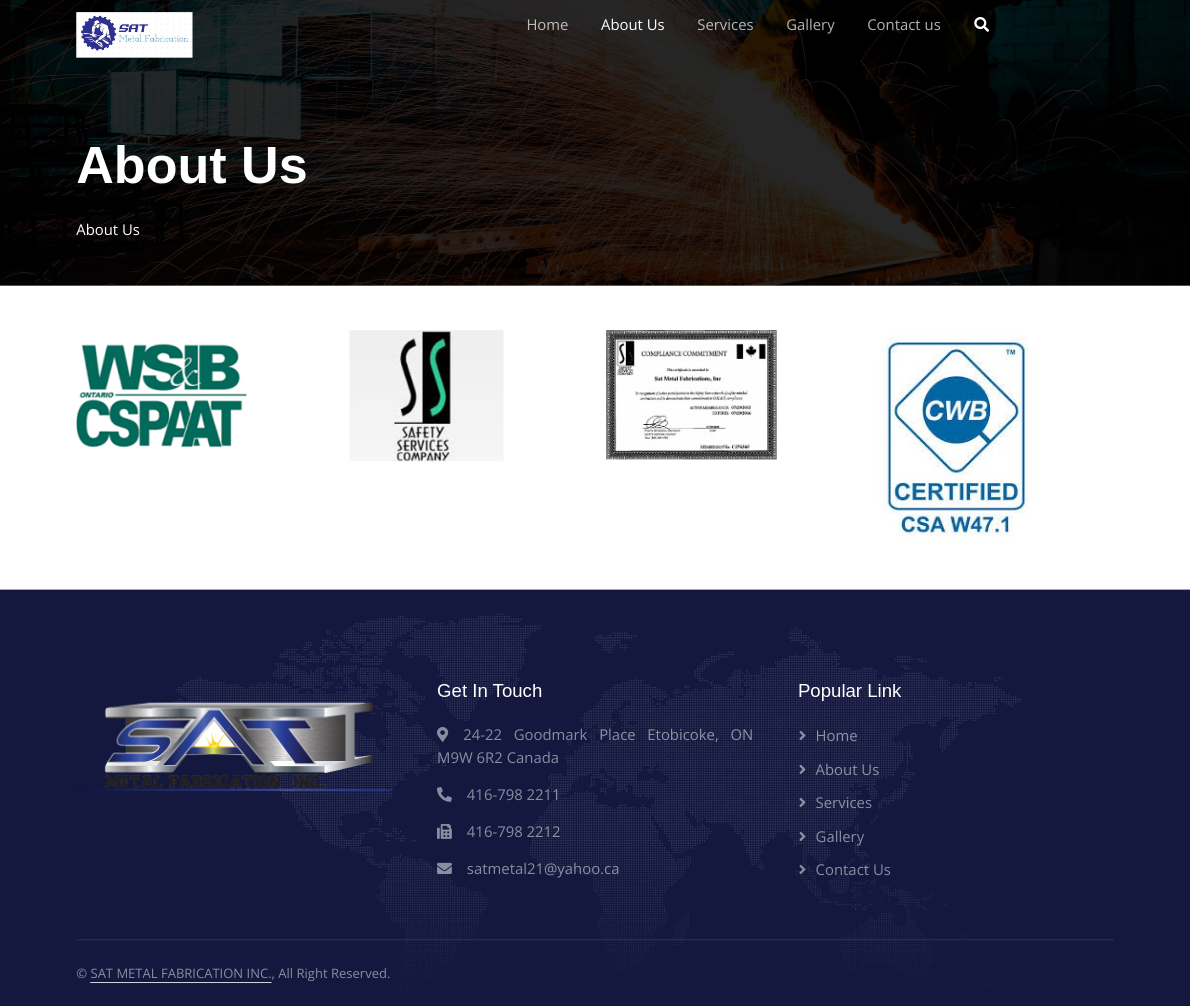
Repository: dzyte-services/satmetal
Page: http://localhost/about.php
These files come from the project's save history. The page is drawn as it stood at one moment and after a run of saves; the edit follows.
The browser window is 1280 px wide. The pictures show the whole page, at 93% of full size.
Some web fonts or font styles are not loaded; a fallback is used. Some web libraries are served in a nearby version. The page is run by PHP 8.4 with error messages shown; the project is at /var/www/html/.

Above is the page before, as saved 2023-11-07 17:00:44.

### about.php
<!DOCTYPE html>
<html lang="en">

<head>
    <meta charset="utf-8">
    <title>SAT - About</title>
    <meta content="width=device-width, initial-scale=1.0" name="viewport">
    <meta content="" name="keywords">
    <meta content="" name="description">

    <!-- Favicon -->
    <link href="img/favicon.ico" rel="icon">

    <!-- Google Web Fonts -->
    <link rel="preconnect" href="https://fonts.googleapis.com">
    <link rel="preconnect" href="https://fonts.gstatic.com" crossorigin>
    <link href="https://fonts.googleapis.com/css2?family=Open+Sans:wght@400;600&family=Ubuntu:wght@500;700&display=swap"
        rel="stylesheet">

    <!-- Icon Font Stylesheet -->
    <link href="https://cdnjs.cloudflare.com/ajax/libs/font-awesome/5.10.0/css/all.min.css" rel="stylesheet">
    <link href="https://cdn.jsdelivr.net/npm/bootstrap-icons@1.4.1/font/bootstrap-icons.css" rel="stylesheet">

    <!-- Libraries Stylesheet -->
    <link href="lib/animate/animate.min.css" rel="stylesheet">
    <link href="lib/owlcarousel/assets/owl.carousel.min.css" rel="stylesheet">

    <!-- Customized Bootstrap Stylesheet -->
    <link href="css/bootstrap.min.css" rel="stylesheet">

    <!-- Template Stylesheet -->
    <link href="css/style.css" rel="stylesheet">
</head>

<body>
    <!-- Spinner Start -->
    <!-- <div id="spinner"
        class="show bg-white position-fixed translate-middle w-100 vh-100 top-50 start-50 d-flex align-items-center justify-content-center">
        <div class="spinner-grow text-primary" style="width: 3rem; height: 3rem;" role="status">
            <span class="sr-only">Loading...</span>
        </div>
    </div> -->
    <!-- Spinner End -->


    <!-- Navbar Start -->
    <?php
        include "header.php";
    ?>
    <!-- Navbar End -->





    <!-- Full Screen Search Start -->
    <div class="modal fade" id="searchModal" tabindex="-1">
        <div class="modal-dialog modal-fullscreen">
            <div class="modal-content" style="background: rgba(20, 24, 62, 0.7);">
                <div class="modal-header border-0">
                    <button type="button" class="btn btn-square bg-white btn-close" data-bs-dismiss="modal"
                        aria-label="Close"></button>
                </div>
                <div class="modal-body d-flex align-items-center justify-content-center">
                    <div class="input-group" style="max-width: 600px;">
                        <input type="text" class="form-control bg-transparent border-light p-3"
                            placeholder="Type search keyword">
                        <button class="btn btn-light px-4"><i class="bi bi-search"></i></button>
                    </div>
                </div>
            </div>
        </div>
    </div>
    <!-- Full Screen Search End -->


    <!-- About Start -->
    <!-- Modal gallery -->
    <!-- Section: Images -->
    <div class="container-fluid py-5">
        <div class="container">
            <div class="row d-flex justify-content-center">
                <!-- Left Image -->
                <div class="col-lg-3 mb-4 mb-lg-0">
                    <div class="bg-image hover-overlay ripple shadow-1-strong rounded" data-ripple-color="light">
                        <img src="img/img2.png" class="" style='width:70%;' /> <!-- Adjust width to your needs -->
                        <a href="#!" data-mdb-toggle="modal" data-mdb-target="#exampleModal2">
                            <div class="mask" style="background-color: rgba(251, 251, 251, 0.2);"></div>
                        </a>
                    </div>
                </div>

                <!-- Right Image -->
                <div class="col-lg-3 mb-4 mb-lg-0">
                    <div class="bg-image hover-overlay ripple shadow-1-strong rounded" data-ripple-color="light">
                        <img src="img/img3.png" class="" style='width:70%;' /> <!-- Adjust width to your needs -->
                        <a href="#!" data-mdb-toggle="modal" data-mdb-target="#exampleModal2">
                            <div class="mask" style="background-color: rgba(251, 251, 251, 0.2);"></div>
                        </a>
                    </div>
                </div>

                <div class="col-lg-3 mb-4 mb-lg-0">
                    <div class="bg-image hover-overlay ripple shadow-1-strong rounded" data-ripple-color="light">
                        <img src="img/img1.png" class="" style='width:70%;' /> <!-- Adjust width to your needs -->
                        <a href="#!" data-mdb-toggle="modal" data-mdb-target="#exampleModal2">
                            <div class="mask" style="background-color: rgba(251, 251, 251, 0.2);"></div>
                        </a>
                    </div>
                </div>
                <div class="col-lg-3 mb-4 mb-lg-0">
                    <div class="bg-image hover-overlay ripple shadow-1-strong rounded" data-ripple-color="light">
                        <img src="img/img4.jpeg" class="" style='width:70%;' /> <!-- Adjust width to your needs -->
                        <a href="#!" data-mdb-toggle="modal" data-mdb-target="#exampleModal2">
                            <div class="mask" style="background-color: rgba(251, 251, 251, 0.2);"></div>
                        </a>
                    </div>
                </div>
            </div>

        </div>
    </div>


    <!-- Footer Start -->
    <?php
        include "footer.php";
    ?>
    <!-- Footer End -->


    <!-- Back to Top -->
    <a href="#" class="btn btn-lg btn-primary btn-lg-square back-to-top pt-2"><i class="bi bi-arrow-up"></i></a>


    <!-- JavaScript Libraries -->
    <script src="https://ajax.googleapis.com/ajax/libs/jquery/3.6.1/jquery.min.js"></script>
    <script src="https://cdn.jsdelivr.net/npm/bootstrap@5.0.0/dist/js/bootstrap.bundle.min.js"></script>
    <script src="lib/wow/wow.min.js"></script>
    <script src="lib/easing/easing.min.js"></script>
    <script src="lib/waypoints/waypoints.min.js"></script>
    <script src="lib/counterup/counterup.min.js"></script>
    <script src="lib/owlcarousel/owl.carousel.min.js"></script>

    <!-- Template Javascript -->
    <script src="js/main.js"></script>
</body>

</html>

### header.php
    <?php
        $currentPage1 = basename($_SERVER['PHP_SELF']);
    ?>
    <!-- Spinner Start -->
    <div id="spinner"
        class="show bg-white position-fixed translate-middle w-100 vh-100 top-50 start-50 d-flex align-items-center justify-content-center">
        <div class="spinner-grow text-primary" style="width: 3rem; height: 3rem;" role="status">
            <span class="sr-only">Loading...</span>
        </div>
    </div>
    <!-- Spinner End -->


    <!-- Navbar Start -->
    <div class="container-fluid sticky-top">
        <div class="container">
            <nav class="navbar navbar-expand-lg navbar-dark p-0">
                <div class="row">
                    <div class="col-lg-4">
                        <a href="index.php" class="navbar-brand">
                            <img class="img-fluid" width="40%" height="40%" src="img/logo1.jpeg" alt="">
                        </a>
                        <button type="button" class="navbar-toggler ms-auto me-0" data-bs-toggle="collapse"
                            data-bs-target="#navbarCollapse">
                            <span class="navbar-toggler-icon"></span>
                        </button>
                    </div>
                    <div class="col-lg-8 ">
                    <div class="collapse navbar-collapse" id="navbarCollapse">
                    <div class="navbar-nav ms-auto">
                        <a href="index.php" class="nav-item nav-link  <?php echo ($currentPage1 === 'index.php') ? 'active' : ''; ?>">Home</a>
                        <a href="about.php" class="nav-item nav-link <?php echo ($currentPage1 === 'about.php') ? 'active' : ''; ?>">About Us</a>
                        <a href="service.php" class="nav-item nav-link <?php echo ($currentPage1 === 'service.php') ? 'active' : ''; ?>">Services</a>
                        <a href="project.php" class="nav-item nav-link <?php echo ($currentPage1 === 'project.php') ? 'active' : ''; ?>">Gallery</a>

                        <a href="contact.php" class="nav-item nav-link <?php echo ($currentPage1 === 'contact.php') ? 'active' : ''; ?>">Contact us</a>
                    </div>
                    <butaton type="button" class="btn text-white p-0 d-none d-lg-block" data-bs-toggle="modal"
                        data-bs-target="#searchModal"><i class="fa fa-search"></i></butaton>
                </div>
                    </div>
                </div>


            </nav>
        </div>
    </div>
    <!-- Navbar End -->

    <div>
          <?php
                $currentPage = $_SERVER['SCRIPT_NAME'];
                $current_page = basename($currentPage);

                if ($current_page === "index.php") {
                    include("header/home.php");
                } elseif ($current_page === "about.php") {
                    include("header/about.php");
                } elseif ($current_page === "service.php") {
                    include("header/service.php");
                } elseif ($current_page === "project.php") {
                    include("header/gallery.php");
                } elseif ($current_page === "contact.php") {
                    include("header/contact.php");
                }



            ?>
    </div>

### header/about.php
<!-- Hero Start -->
<div class="container-fluid pt-5 bg-primary hero-header">
        <div class="container pt-5">
            <div class="row g-5 pt-5">
                <div class="col-lg-6 align-self-center text-center text-lg-start mb-lg-5">
                    <h1 class="display-4 text-white mb-4 animated slideInRight">About Us</h1>
                    <nav aria-label="breadcrumb">
                        <ol class="breadcrumb justify-content-center justify-content-lg-start mb-0">
                            <!-- <li class="breadcrumb-item"><a class="text-white" href="#">Home</a></li> -->
                            <!-- <li class="breadcrumb-item"><a class="text-white" href="#">Pages</a></li> -->
                            <li class="breadcrumb-item text-white active" aria-current="page">About Us</li>
                        </ol>
                    </nav>
                </div>
            </div>
        </div>
    </div>
    <!-- Hero End -->

### css/style.css
/********** Template CSS **********/
:root {
    --primary: #1363C6;
    --secondary: #15ACE1;
    --light: #F4F7FE;
    --dark: #14183E;
}


/*** Spinner ***/
#spinner {
    opacity: 0;
    visibility: hidden;
    transition: opacity .5s ease-out, visibility 0s linear .5s;
    z-index: 99999;
}

#spinner.show {
    transition: opacity .5s ease-out, visibility 0s linear 0s;
    visibility: visible;
    opacity: 1;
}

.back-to-top {
    position: fixed;
    display: none;
    right: 45px;
    bottom: 45px;
    z-index: 99;
}


/*** Heading ***/
h1,
h2,
h3,
.fw-bold {
    font-weight: 700 !important;
}

h4,
h5,
h6,
.fw-medium {
    font-weight: 500 !important;
}


/*** Button ***/
.btn {
    font-weight: 500;
    transition: .5s;
}

.btn-square {
    width: 38px;
    height: 38px;
}

.btn-sm-square {
    width: 32px;
    height: 32px;
}

.btn-lg-square {
    width: 48px;
    height: 48px;
}

.btn-square,
.btn-sm-square,
.btn-lg-square {
    padding: 0;
    display: flex;
    align-items: center;
    justify-content: center;
    font-weight: normal;
    border-radius: 50px;
}


/*** Navbar ***/
.sticky-top {
    top: -150px;
    transition: .5s;
}

.navbar {
    padding: 11px 0 !important;
    height: 75px;
}

.navbar .navbar-nav .nav-link {
    margin-right: 35px;
    padding: 0;
    color: rgba(255, 255, 255, .7);
    outline: none;
}

.navbar .navbar-nav .nav-link:hover,
.navbar .navbar-nav .nav-link.active {
    color: rgba(255, 255, 255, 1);
}

.navbar .dropdown-toggle::after {
    border: none;
    content: "\f107";
    font-family: "Font Awesome 5 Free";
    font-weight: 900;
    vertical-align: middle;
    margin-left: 8px;
}

@media (max-width: 991.98px) {
    .navbar .navbar-nav {
        padding: 0 15px;
        background: var(--primary);
    }

    .navbar .navbar-nav .nav-link  {
        margin-right: 0;
        padding: 10px 0;
    }
}

@media (min-width: 992px) {
    .navbar .nav-item .dropdown-menu {
        display: block;
        border: none;
        margin-top: 0;
        top: 150%;
        opacity: 0;
        visibility: hidden;
        transition: .5s;
    }

    .navbar .nav-item:hover .dropdown-menu {
        top: 100%;
        visibility: visible;
        transition: .5s;
        opacity: 1;
    }
}


/*** Hero Header ***/
.hero-header {
    margin-top: -75px;
    background: url(../img/bg-hero1.jpg) center center no-repeat;
    background-size: cover;

}

.hero-header .breadcrumb-item+.breadcrumb-item::before {
    color: var(--light);
}


/*** Section Title ***/
.section-title::before {
    position: absolute;
    content: "";
    width: 45px;
    height: 4px;
    bottom: 0;
    left: 0;
    background: var(--dark);
}

.section-title::after {
    position: absolute;
    content: "";
    width: 4px;
    height: 4px;
    bottom: 0;
    left: 50px;
    background: var(--dark);
}

.section-title.text-center::before {
    left: 50%;
    margin-left: -25px;
}

.section-title.text-center::after {
    left: 50%;
    margin-left: 25px;
}

.section-title h6::before,
.section-title h6::after {
    position: absolute;
    content: "";
    width: 10px;
    height: 10px;
    top: 2px;
    left: 0;
    background: rgba(33, 66, 177, .5);
}

.section-title h6::after {
    top: 5px;
    left: 3px;
}


/*** About ***/
.about-img {
    position: relative;
    overflow: hidden;
}

.about-img::after {
    position: absolute;
    content: "";
    width: 100%;
    height: 100%;
    top: 0;
    left: 0;
    background: url(../img/bg-about-img.png) top left no-repeat;
    background-size: contain;
}


/*** Service ***/
.service-item {
    position: relative;
    padding: 45px 30px;
    background: #FFFFFF;
    transition: .5s;
}

.service-item:hover {
    background: var(--primary);
}

.service-item .service-icon {
    margin: 0 auto 20px auto;
    width: 90px;
    height: 90px;
    color: var(--primary);
    background: var(--light);
    transition: .5s;
}

.service-item:hover .service-icon {
    background: #FFFFFF;
}

.service-item h5,
.service-item p {
    transition: .5s;
}

.service-item:hover h5,
.service-item:hover p {
    color: #FFFFFF;
}

.service-item a.btn {
    position: relative;
    display: flex;
    color: var(--primary);
    transition: .5s;
    z-index: 1;
}

.service-item:hover a.btn {
    color: var(--primary);
}

.service-item a.btn::before {
    position: absolute;
    content: "";
    width: 35px;
    height: 35px;
    top: 0;
    left: 0;
    border-radius: 35px;
    background: var(--light);
    transition: .5s;
    z-index: -1;
}

.service-item:hover a.btn::before {
    width: 100%;
    background: var(--light);
}


/*** Feature ***/
.feature {
    background: url(../img/bg-hero.png) center center no-repeat;
    background-size: cover;
}


/*** Newsletter ***/
.newsletter {
    background: url(../img/bg-hero.png) center center no-repeat;
    background-size: cover;
}

@media (min-width: 992px) {
    .newsletter .container {
        max-width: 100% !important;
    }

    .newsletter .newsletter-text  {
        padding-right: calc(((100% - 960px) / 2) + .75rem);
    }
}

@media (min-width: 1200px) {
    .newsletter .newsletter-text  {
        padding-right: calc(((100% - 1140px) / 2) + .75rem);
    }
}

@media (min-width: 1400px) {
    .newsletter .newsletter-text  {
        padding-right: calc(((100% - 1320px) / 2) + .75rem);
    }
}


/*** Case Study ***/
.case-item img {
    transition: .5s;
}

.case-item:hover img {
    transform: scale(1.2);
}

.case-overlay {
    position: absolute;
    padding: 30px;
    width: 100%;
    height: 100%;
    top: 0;
    left: 0;
    display: flex;
    flex-direction: column;
    align-items: flex-start;
    justify-content: flex-end;
    background: linear-gradient(rgba(20, 24, 62, 0), var(--dark));
    z-index: 1;
}

.case-overlay small {
    display: inline-block;
    padding: 3px 15px;
    color: #FFFFFF;
    background: rgba(20, 24, 62, .7);
    border-radius: 25px;
    margin-bottom: 15px;
}

.case-overlay span.btn:hover {
    color: var(--primary);
    background: #FFFFFF;
    border-color: #FFFFFF;
}


/*** FAQs ***/
.accordion .accordion-item {
    border: none;
    margin-bottom: 15px;
}

.accordion .accordion-button {
    background: var(--light);
    border-radius: 2px;
}

.accordion .accordion-button:not(.collapsed) {
    color: #FFFFFF;
    background: var(--primary);
    box-shadow: none;
}

.accordion .accordion-button:not(.collapsed)::after {
    background-image: url("data:[embedded picture, 261 characters]");
}

.accordion .accordion-body {
    padding: 15px 0 0 0;
}


/*** Testimonial ***/
.testimonial-carousel {
    position: relative;
}

.testimonial-carousel .owl-nav {
    position: absolute;
    width: 40px;
    height: 100%;
    top: calc(50% - 50px);
    left: -21px;
    display: flex;
    flex-direction: column;
    align-items: center;
}

.testimonial-carousel .owl-nav .owl-prev,
.testimonial-carousel .owl-nav .owl-next {
    margin: 5px 0;
    width: 40px;
    height: 40px;
    display: flex;
    align-items: center;
    justify-content: center;
    color: var(--primary);
    background: #FFFFFF;
    border: 1px solid var(--primary);
    border-radius: 40px;
    font-size: 18px;
    transition: .5s;
}

.testimonial-carousel .owl-nav .owl-prev:hover,
.testimonial-carousel .owl-nav .owl-next:hover {
    background: var(--primary);
    color: #FFFFFF;
}

.testimonial-carousel .owl-dots {
    margin-top: 35px;
    margin-left: 3rem;
}

.testimonial-carousel .owl-dot {
    position: relative;
    display: inline-block;
    margin-right: 10px;
    width: 15px;
    height: 15px;
    background: #FFFFFF;
    border: 1px solid var(--primary);
    border-radius: 15px;
    transition: .5s;
}

.testimonial-carousel .owl-dot.active {
    width: 30px;
    background: var(--primary);
}


/*** Team ***/
.team-item {
    transition: .5s;
    border: 1px solid transparent;
    transition: .5s;
}

.team-item:hover {

    border-color: var(--primary);
}


/*** Footer ***/
.footer {
    background: url(../img/footer.png) center center no-repeat;
    background-size: contain;
}

.footer .btn.btn-social {
    margin-right: 5px;
    width: 40px;
    height: 40px;
    display: flex;
    align-items: center;
    justify-content: center;
    color: rgba(255,255,255,.5);
    border: 1px solid rgba(256, 256, 256, .1);
    border-radius: 40px;
    transition: .3s;
}

.footer .btn.btn-social:hover {
    color: var(--primary);
}

.footer .btn.btn-link {
    display: block;
    margin-bottom: 10px;
    padding: 0;
    text-align: left;
    color: rgba(255,255,255,.5);
    font-weight: normal;
    transition: .3s;
}

.footer .btn.btn-link:hover {
    color: #FFFFFF;
}

.footer .btn.btn-link::before {
    position: relative;
    content: "\f105";
    font-family: "Font Awesome 5 Free";
    font-weight: 900;
    margin-right: 10px;
}

.footer .btn.btn-link:hover {
    letter-spacing: 1px;
    box-shadow: none;
}

.footer .copyright {
    padding: 25px 0;
    font-size: 14px;
    border-top: 1px solid rgba(256, 256, 256, .1);
}

.footer .copyright a {
    color: rgba(255,255,255,.5);
}

.footer .copyright a:hover {
    color: #FFFFFF;
}

.footer .footer-menu a {
    margin-right: 15px;
    padding-right: 15px;
    border-right: 1px solid rgba(255, 255, 255, .1);
}

.footer .footer-menu a:last-child {
    margin-right: 0;
    padding-right: 0;
    border-right: none;
}

Loaded but not shown: lib/animate/animate.min.css (library); lib/owlcarousel/assets/owl.carousel.min.css (common file); css/bootstrap.min.css (library); lib/wow/wow.min.js (library); lib/easing/easing.min.js (common file); lib/waypoints/waypoints.min.js (library); lib/counterup/counterup.min.js (common file); lib/owlcarousel/owl.carousel.min.js (library); js/main.js (64 lines, source omitted); footer.php (70 lines, source omitted)

After the next 3 saves:
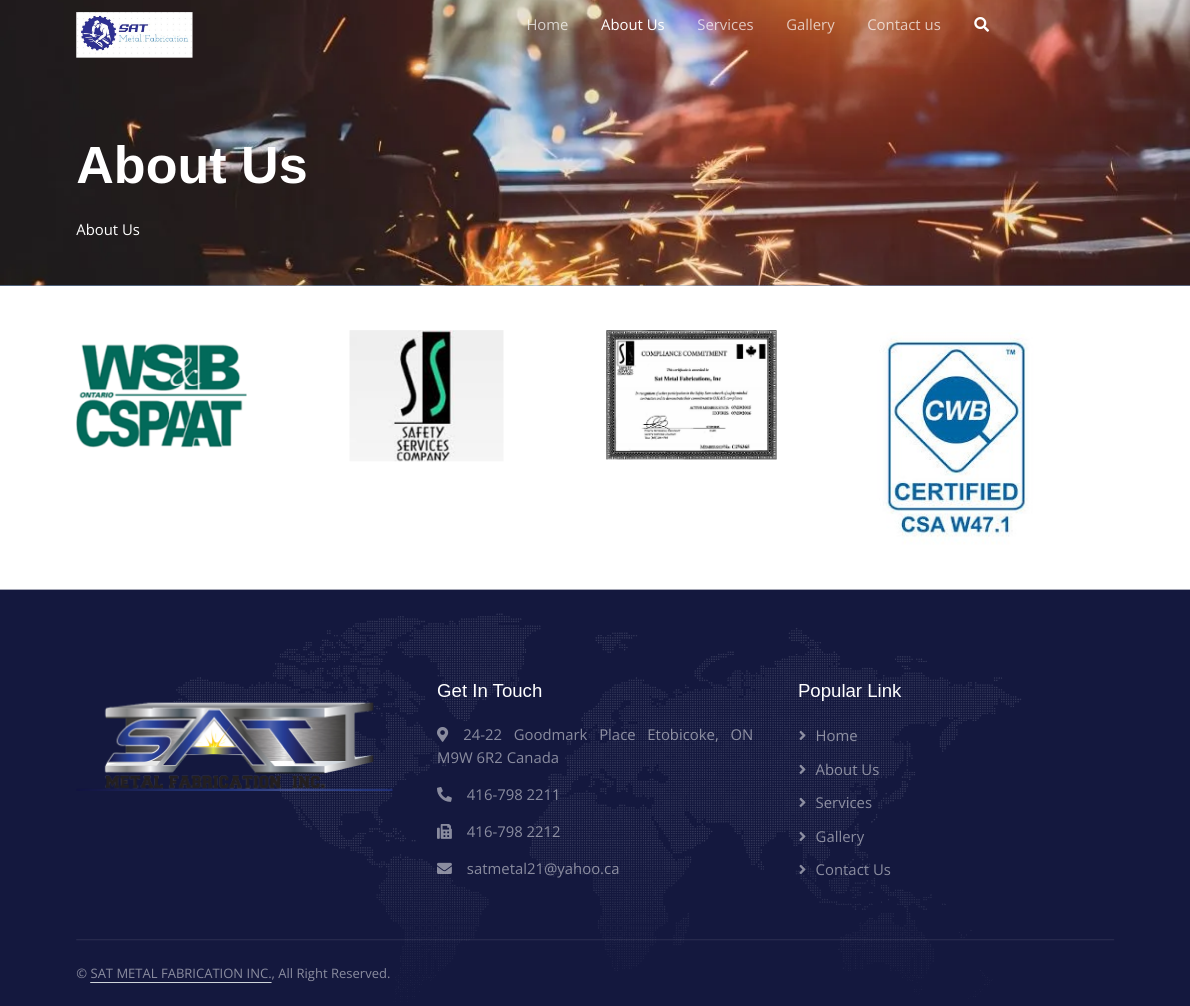
The 3 saves are shown as one change because they came seconds apart.
The last was saved 25 min 48 s later.
--- a/css/style.css
+++ b/css/style.css
@@ -146,7 +146,7 @@
 /*** Hero Header ***/
 .hero-header {
     margin-top: -75px;
-    background: url(../img/bg-hero1.jpg) center center no-repeat;
+    background: url(../img/background2.webp) center center no-repeat;
     background-size: cover;
 
 }
